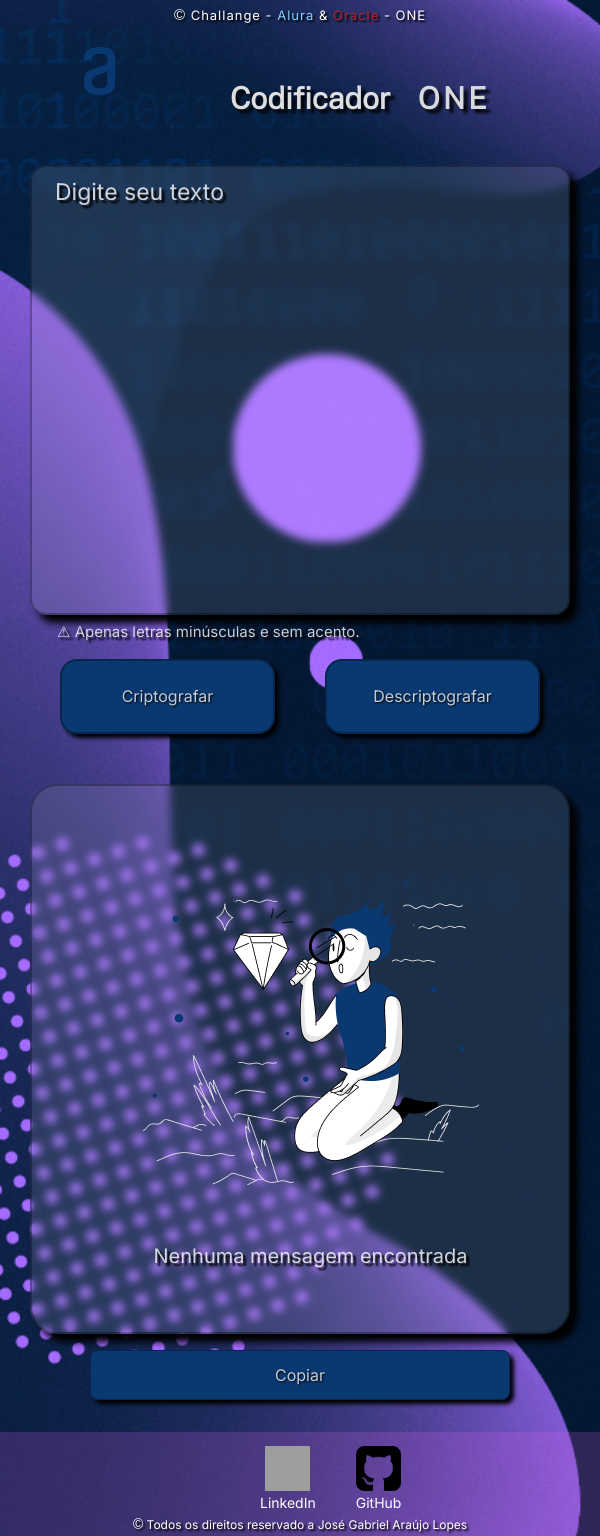
Repository: GabbrielLopes/Decodificador-ONE-Challange-Alura
Page: index.html
These files come from the project's save history. The page is drawn as it stood at one moment and after the next save; the edit follows.
The browser window is 600 px wide. The pictures show the whole page.
Pictures or frames that could not be fetched are drawn as grey boxes.

Above is the page before, as saved 2022-05-11 23:11:23.

### index.html

<!-- Regras Codificador:
"e" é convertido para "enter"
"i" é convertido para "imes"
"a" é convertido para "ai"
"o" é convertido para "ober"
"u" é convertido para "ufat"
Apenas letras minúsculas
Não permite acentuação
*/

/* Regras Decodificador:
"enter" é convertido para "e"
"imes" é convertido para "i"
"ai" é convertido para "a"
"ober" é convertido para "o"
"ufat" é convertido para "u"
Apenas letras minúsculas
Não permite acentuação
-->

<!DOCTYPE html>
<html lang="pt-br">
<head>
    <meta charset="UTF-8">
    <meta name="viewport" content="width=device-width">
    <link rel="stylesheet" href="css/reset.css">
    <link rel="stylesheet" href="css/style.css">
    <link rel="stylesheet" href="css/media.css">
    <link href="https://fonts.googleapis.com/css2?family=Inter&display=swap" rel="stylesheet">
    <link href="https://fonts.googleapis.com/css2?family=Public+Sans:wght@300&display=swap" rel="stylesheet">
    <title>Codificador ONE</title>
</head>
<body>
    <header>
        <div class="info-header">
            <p>© Challange - <a href="https://www.alura.com.br" target="_blank">Alura</a> & <a href="https://www.oracle.com/br/education/oracle-next-education/" target="_blank">Oracle</a> - ONE</p>
        </div>
        <div>
            <img src="imagens/logo-alura.png" alt="Logo alura com inicial da letra a" class="logo-cabecalho">
            <h2>Codificador <a href="https://www.oracle.com/br/education/oracle-next-education/" target="_blank">ONE</a></h2>
        </div>
        <div>
        </div>
    </header>
    <main class="main">
        <section>
            <textarea cols="40" rows="6" placeholder="Digite seu texto" class="campo-texto"></textarea>
            <div>
                <h6 class="informacao">⚠ Apenas letras minúsculas e sem acento.</h6>
            </div>

            <div class="botoes">
                <button class="btn-criptografar">Criptografar</button>
                <button class="btn-descriptografar">Descriptografar</button>
            </div>
        </section>

        <section class="mensagem">
            <textarea readonly cols="18" rows="8" placeholder="Nenhuma mensagem encontrada" ></textarea>
            <div class="div-btn-copy">
                <button class="btn-copy">Copiar</button>
            </div>
        </section>
    </main>
    <footer>

        <div class="icons-links">
            <div class="icons-flex">
                <a href="https://www.linkedin.com/in/josegabrielalopes/" target="_blank"><img src="imagens/linkedin.png">LinkedIn</a>
                <a href="https://github.com/GabbLps" target="_blank"><img src="imagens/github.png">GitHub</a>
            </div>
        </div>

        <div class="copyright">
            <p>© Todos os direitos reservado a <a href="https://www.linkedin.com/in/josegabrielalopes/" target="_blank">José Gabriel Araújo Lopes</a></p>
        </div>
    </footer>
</body>
<script src="./js/script.js"></script>
</html>

### css/style.css
* {
    font-family: "Inter", sans-serif;
}

html{
    margin: auto;
    padding: 0px;
    min-height: 100%;
    font-family: "Inter", sans-serif;
}

.info-header {
    margin-top: 0.5em;
    letter-spacing: 1px;
    font-size: 13px;
    justify-content: center;
    color: #fff;
    text-shadow: 2px 2px 2px #000;
    user-select: none;
}

.info-header p::first-letter{
    font-family: Arial, Helvetica, sans-serif;
    font-size: 15px;
}

.info-header a:nth-child(1), .info-header a:nth-child(2)  {
    color: #87CEFA;
    text-decoration: none;
}

.info-header a:nth-child(2) {
    color: #B22222;
}

header h2, header h2 a {
    user-select: none;
    font-family: 'Public Sans';
    font-size: 30px;
    letter-spacing: 3px;
    color: #E5E5E5;
    margin-top: 40px;
    margin-left: 20px;
    font-weight: bold;
    text-decoration: none;
    text-shadow: 4px 4px 3px #000;
    opacity: 0.97;
}

header div {
    display: flex;
}

.logo-cabecalho {
    margin: 25px 40px 40px 40px;
}

.main {
    min-height: calc(100vh - 120px);
    display: flex;
    margin-left: 80px;
}

body {
    box-sizing: border-box;
    margin: 0;
    width: 100%;
    height: 100%;
    background: #E5E5E5;
    background-image: url(../imagens/background.png);
    background-size: cover;
}

section div {
    margin: 0;
    display: flex;
}

textarea {
    font-size: 23px;
    color: rgba(255,255,255, 0.8);
    background: rgba( 255, 255, 255, 0.1);
    backdrop-filter: blur(4px);
    -webkit-backdrop-filter: blur(3px);
    text-shadow: 3px 3px 2px black;
    vertical-align: top;
    resize: none;
}

textarea::placeholder {
    color: rgba(255,255,255, 0.8);
    text-shadow: 3px 3px 2px black;
    text-align: top;
    margin-top: 2em;
}

.campo-texto {
    box-sizing: border-box;
    width: 640px;
    height: 300px;   /*  480 px   */
    margin-top: 60px;
    margin-left: 4em;
    padding-top: 0.5em;
    padding-left: 1em;
    border: 2px solid rgba( 0, 0, 0, 0.3);
    border-radius: 16px;
    box-shadow: 8px 8px 7px #000;
}

.mensagem textarea {
    box-sizing: border-box;
    width: 320px;
    height: 550px;
    margin-left: 2em;
    padding-top: 0.5em;
    padding-left: 1em;
    text-align: left;
    border: 2px solid rgba( 0, 0, 0 , 0.3);
    border-radius: 27px;
    box-shadow: 8px 8px 7px #000;
}

.mensagem textarea::placeholder {
    padding-top: 447px;
    text-align: center;
    font-size: 20px;
    background-image: url(../imagens/boneco.png);
    background-repeat: no-repeat;
    background-position: -50px 100px;
}
/*
.campo-mensagem-imagem {
    background-image: url(boneco.png);
    background-repeat: no-repeat;
    background-position: center;
}
*/
.informacao {
    user-select: none;
    color: rgba(255,255,255, 0.8);
    text-shadow: 3px 3px 2px black;
    font-size: 15px;
    margin-left: 9em;
    margin-top: 0.6em;
}

.botoes {
    display: flex;
    margin-left: 9em;
    margin-top: 2em;
}

.btn-criptografar, .btn-descriptografar {
    width: 250px;
    height: 75px;
    border: 2px solid rgba( 0, 0, 0 , 0.3);
    border-radius: 17px;
    background-color: #0A3871;
    color: rgba(216, 223, 232, 0.9);
    text-shadow: 1px 1px 2px #000;
    font-size: 16px;
    box-shadow: 4px 4px 4px #000;
    transition: 80ms;
}

.btn-descriptografar {
    margin-left: 50px;
}

.btn-criptografar:hover, .btn-descriptografar:hover {
    cursor: pointer;
    background-color: rgba(216, 223, 232, 0.8) ;
    color: #0A3871;
    transition: 80ms;
    font-size: 20px;
}

.btn-criptografar:active, .btn-descriptografar:active {
    font-size: 19px;
}

.btn-copy {
    width: 200px;
    height: 50px;
    margin-left: 100px;
    margin-top: 1em;
    border: 1px solid rgba( 0, 0, 0 , 0.3);
    border-radius: 8px;
    background-color: #0A3871;
    color: rgba(216, 223, 232, 0.9);
    text-shadow: 1px 1px 2px #000;
    font-size: 16px;
    box-shadow: 4px 4px 4px #000;
    transition: 80ms;
}

.btn-copy:hover {
    cursor: pointer;
    background-color: rgba(216, 223, 232, 0.8) ;
    color: white;
    transition: 80ms;
    font-size: 17px;
    margin-bottom: 2em;
}

.btn-copy:active {
    font-size: 18px;
}

footer {
    width: 100%;
    background-color: rgba(219,97,234, 0.2);

}

.icons-links img{
    display: block;
    width: 45px;
    height: 45px;
    margin: 1em auto;
    margin-bottom: 5px;
    justify-content: center;
}

.icons-links a {
    display: block;
    color: #fff;
    margin: 0 20px;
    text-align: center;
    align-items: center;
    font-size: 14px;
    text-decoration: none;
}

.icons-links a:nth-child(1):hover {
    color:#0077b7;
    transition: 0.3s;
}

.icons-links a:nth-child(2):hover {
    color:#000;
    transition: 0.3s;
}

.icons-flex {
    display: flex;
    margin: 0 40%;
    margin-bottom: 7px;
}

.copyright p {
    user-select: none;
    color: #fff;
    font-size: 12px;
    text-align: center;
    align-items: end;  /* Alinha vertical  */
    justify-content: center;   /* Alinha horizontal */
    padding: 0 0 5px;
    text-shadow: 2px 2px 2px #000;

}

.copyright p:first-letter{
    font-size: 14px;
    font-family: Arial, Helvetica, sans-serif;
}

.copyright a{
    color: #fff;
    text-decoration: none;
    text-shadow: 2px 2px 2px #000;
}

### css/media.css
@media screen and (max-width: 760px) {

    header h2 {
        margin-left: 05%;
        letter-spacing: normal;
        align-self: center;
    }

    .main {
        display: flex;
        flex-direction: column;
        margin: 0;
    }

    .campo-texto, .mensagem textarea {
        margin: 30px 5%;
        margin-bottom: 0px;
        width: 90%;
        height: 450px;
    }

    .mensagem textarea {
        height: 550px;
    }

    .informacao {
        margin-left: 57px;
    }

    .botoes {
        margin: 20px 0;
        margin-left: 10%;
        max-width: 80%;
    }

    .mensagem textarea::placeholder {
        padding-top: 447px;
        text-align: center;
        font-size: 20px;
        background-image: url(../imagens/boneco.png);
        background-repeat: no-repeat;
        background-position: center;
    }

    .btn-copy {
        margin: 2em 15%;
        margin-top: 1em;
        width: 100%;
    }

}

### js/script.js
/* Regras Codificador:
"e" é convertido para "enter"
"i" é convertido para "imes"
"a" é convertido para "ai"
"o" é convertido para "ober"
"u" é convertido para "ufat"
Apenas letras minúsculas
Não permite acentuação

 Regras Decodificador:
"enter" é convertido para "e"
"imes" é convertido para "i"
"ai" é convertido para "a"
"ober" é convertido para "o"
"ufat" é convertido para "u"
Apenas letras minúsculas
Não permite acentuação   */

var botaoEncriptar = buscaElemento(".btn-criptografar");
var botaoDesencriptar = buscaElemento(".btn-descriptografar");
var botaoCopiar = buscaElemento(".btn-copy");
var campoMensagem = buscaElemento(".campo-mensagem");
var sectionMensagem = buscaElemento(".mensagem textarea");
var campoTexto = buscaElemento(".campo-texto");

function buscaElemento(elemento){
    return document.querySelector(elemento);
}

//  Função onde joga o valor do campo de texto para o campo mensagem,chamando a função de encriptar
function btnEncriptar() {
    var texto = campoTexto.value;
    sectionMensagem.value = encriptar(texto);
    campoTexto.value = "";
}

//  Função onde faz a criptografia do texo digitado pelo usuário
function encriptar (texto) {
    var texto = texto.replaceAll(/e/gi,"enter")
    .replaceAll(/i/gi,"imes")
    .replaceAll(/a/gi, "ai")
    .replaceAll(/o/gi,"ober")
    .replaceAll(/u/gi,"ufat");

    stringEncriptada = texto;
    return stringEncriptada.toLowerCase();
}

// Função onde joga o valor do campo de texto para o campo mensagem,chamando a função de desencriptar
function btnDesencriptar() {
    var texto = campoTexto.value;
    sectionMensagem.value = desencriptar(texto);
    campoTexto.value = "";
}

// Função onde desencripta o texto digitado pelo usuário
function desencriptar (texto) {
    var texto = texto.replaceAll("enter","e")
    .replaceAll("imes","i")
    .replaceAll("ai", "a")
    .replaceAll("ober","o")
    .replaceAll("ufat","u");

    stringDesencriptada = texto;
    return stringDesencriptada;
}

// Função de copiar o valor do campo da mensagem e muda o nome do botão para copiado por 3,5 segundos
function btnCopiar(e) {
    navigator.clipboard.writeText(sectionMensagem.value);
    botaoCopiar.textContent = "Copiado!";
    sectionMensagem.value = "";
    botaoCopiar.style.border="2px solid white";
    setTimeout(function(){
        botaoCopiar.textContent = "Copiar";
        botaoCopiar.style.border="1px solid rgba( 0, 0, 0 , 0.3";
        botaoCopiar.style.color="rgba(216, 223, 232, 0.9)";
    },3500);
}

// Função onde verifica se o campo da mensagem está vazio e adiciona e remove classe para mostrar imagem de acordo com a verificação.
/*function verificaMensagem() {
    if(sectionMensagem.value == ""){
        sectionMensagem.classList.add("campo-mensagem-imagem");
    } else {
        sectionMensagem.classList.remove("campo-mensagem-imagem");
    }
}

// Repetindo a função verificaMensagem para verificar a todo momento se o campoMensagem está vazio
setInterval(verificaMensagem, 10);*/

// Escutadores de eventos, quando os botões forem clicados, executar suas devidas funções
botaoEncriptar.addEventListener('click', btnEncriptar);
botaoDesencriptar.addEventListener('click', btnDesencriptar);
botaoCopiar.addEventListener('click', btnCopiar);

Loaded but not shown: css/reset.css (common file)

After the next save:
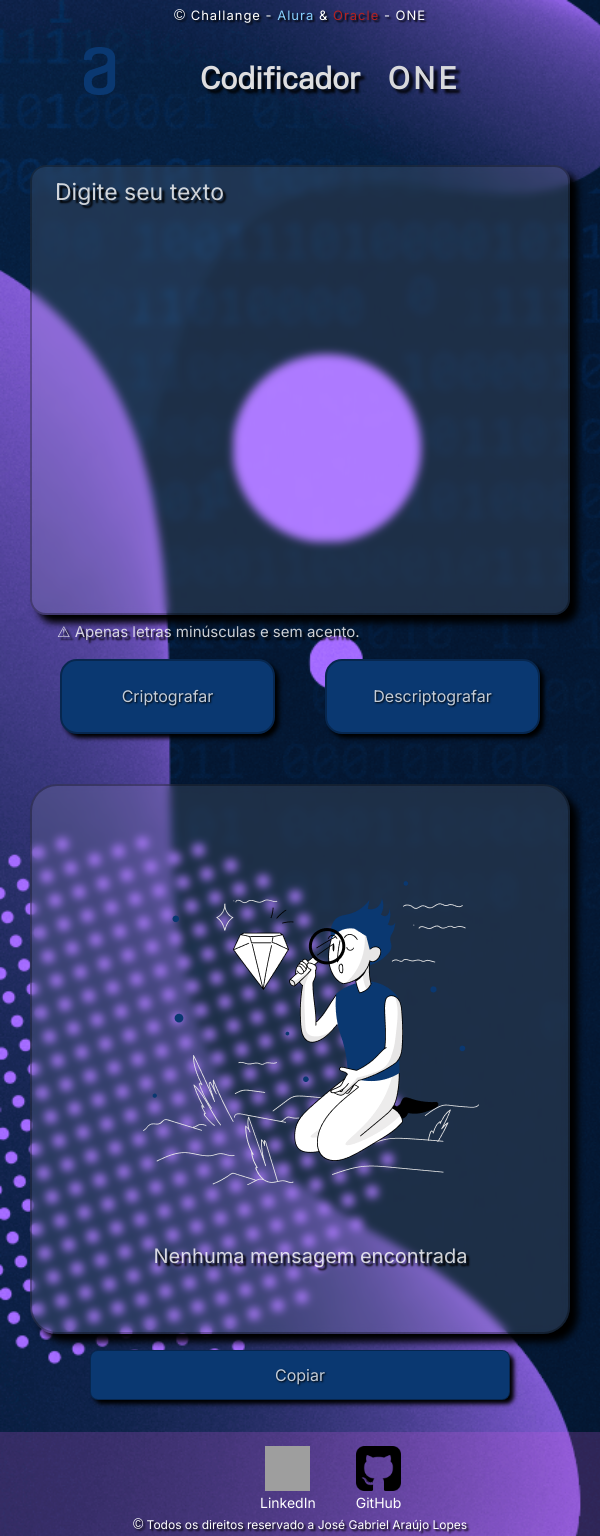
Saved 18 s later.
--- a/css/media.css
+++ b/css/media.css
@@ -1,7 +1,7 @@
 @media screen and (max-width: 760px) {
 
     header h2 {
-        margin-left: 05%;
+        margin: 0;
         letter-spacing: normal;
         align-self: center;
     }
